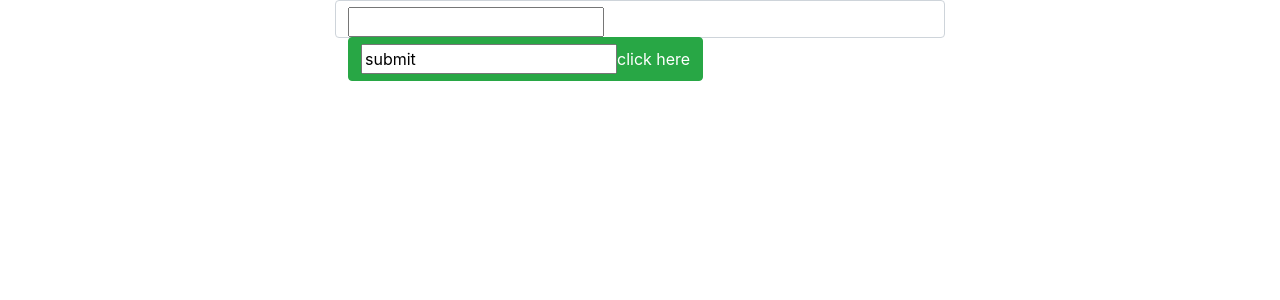
Repository: prashantkumarbind/Hospital-Weather-Concept
Page: http://localhost/weather-app/
These files come from the project's save history. The page is drawn as it stood at one moment and after the next save; the edit follows.
The browser window is 1280 px wide. The pictures show the whole page.
The page is served by Tomcat 9.

Above is the page before, as saved 2024-01-19 03:56:20.

After the next save:
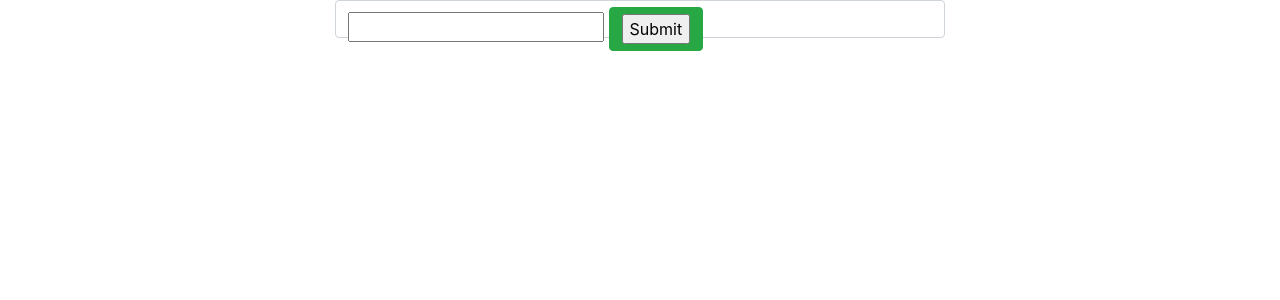
Saved 45 s later.
--- a/weather-app/src/main/webapp/index.jsp
+++ b/weather-app/src/main/webapp/index.jsp
@@ -19,7 +19,7 @@
 						<form action="FormDataController" method="Post">
 							 <div class="form-control">
 							 	<input type="text" name="city_name" class="">
-							 	<button class="btn btn-success"><input value="submit">click here</button>
+							 	<button class="btn btn-success"><input type="submit"></button>
 							 </div>
 						</form>
 					</div>
